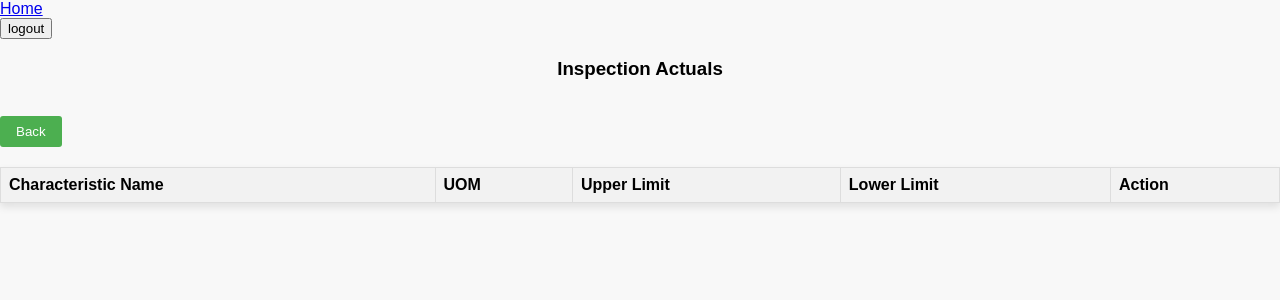
Repository: SJagadesh123/material-inspection01
Page: http://localhost/material_inspection/views/show-actuals.jsp
These files come from the project's save history. The page is drawn as it stood at one moment and after the next save; the edit follows.
The browser window is 1280 px wide. The pictures show the whole page.
The page is served by Tomcat 10. Other server files are loaded and not shown.

Above is the page before, as saved 2024-02-07 16:34:14.
Not found: material inspection/material_inspection/css/header.css

### material inspection/material_inspection/src/main/webapp/views/show-actuals.jsp
<jsp:include page="header.jsp"></jsp:include>
<%@ page language="java" contentType="text/html; charset=ISO-8859-1"
    pageEncoding="ISO-8859-1"%>
<%@ taglib uri="http://java.sun.com/jsp/jstl/core" prefix="c"%>
<%@ page import="java.util.*"%>
<%@ page import="com.zettamine.mi.entities.Plant" %>

<!DOCTYPE html>
<html>
<head>
<meta charset="ISO-8859-1">
<link rel="stylesheet" href="/css/search-list.css"/>
<style type="text/css">
	h3{
		text-align: center;
	}
</style>
<title>Inspection Actuals</title>
</head>
<body>
<h3>Inspection Actuals</h3>
	<br>
    <input type="button" value="Back" onclick="window.location.href='/material-inspection/inspection/process-isp'">
	 <table class="search-results">
    <thead>
      <tr>
        <th>Characteristic Name</th>
        <th>UOM</th>
        <th>Upper Limit</th>
        <th>Lower Limit</th>
        <th>Action</th>
      </tr>
    </thead>
    <tbody>

			<c:forEach var="characteristics" items="${characteristics}">

			<tr>
				<td>${characteristics.getChDesc()}</td>
				<td>${characteristics.getUom()}</td>
				<td>${characteristics.getUpperLimit()}</td>
				<td>${characteristics.getLowerLimit()}</td>
				<td class="action-links">
				<%-- /material-inspection/material/edit/id=${material.getMaterialId()} --%>
				<a  href="">Edit Characteristics</a>
<%--             <a  href="/material-inspection/material/add-char/id=${material.getMaterialId()}">Add Characteristics</a>
 --%>
			</tr>
			</c:forEach>

    </tbody>
  </table>


</body>
</html>

### material inspection/material_inspection/src/main/webapp/views/header.jsp
<%@ page language="java" contentType="text/html; charset=ISO-8859-1"
	pageEncoding="ISO-8859-1"%>


<!DOCTYPE html>
<html lang="en">

<head>
<meta charset="UTF-8">
<meta name="viewport" content="width=device-width, initial-scale=1.0">

<link rel="stylesheet" href="/css/header.css">

</head>

<body>

	<nav>
		<div id="logo">

		</div>
		<div id="home-logout">
			<a href="/material-inspection/home-page">Home</a>

		</div>
		<form action="logout"><input type="submit" value="logout"></form>
	</nav>



</body>

</html>

### material inspection/material_inspection/src/main/webapp/css/search-list.css
@charset "ISO-8859-1";

body {
	font-family: Arial, sans-serif;
	background-color: #f8f8f8;
	margin: 0;
	padding: 0;
}

table.search-results {
	width: 100%;
	border-collapse: collapse;
	margin-top: 20px;
	background-color: #fff;
	box-shadow: 0 4px 8px rgba(0, 0, 0, 0.1);
}

table.search-results th, table.search-results td {
	border: 1px solid #ddd;
	padding: 8px;
	text-align: left;
}

table.search-results th {
	background-color: #f2f2f2;
}

.action-links a {
	margin-right: 10px;
	text-decoration: none;
	padding: 5px 10px;
	border: 1px solid #ccc;
	border-radius: 3px;
	color: #333;
}

.action-links a:hover {
	background-color: green;
}

input[type="button"] {
	padding: 8px 16px;
	background-color: #4caf50;
	color: #fff;
	border: none;
	border-radius: 3px;
	cursor: pointer;
	transition: background-color 0.3s ease-in-out;
}

input[type="button"]:hover {
	background-color: #45a049;
}

.container {
	display: flex;
	justify-content: center;
	align-items: center;
	height: 100%;
	background-color: #f0f0f0;
}

.inspection-table {
	border-collapse: collapse;
	width: 30%;
	margin-top: 30px;

}

.inspection-table th, .inspection-table td {
	padding: 8px;
	text-align: left;
	border-bottom: 1px solid #ddd;
}

.inspection-table th {
	background-color: #f2f2f2;
}

.inspection-table td {
	background-color: #fff;
}

After the next save:
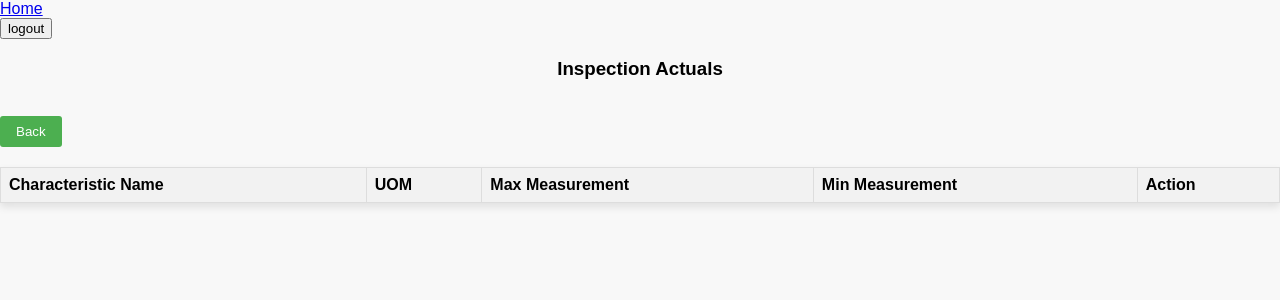
Saved 84 s later.
--- a/material inspection/material_inspection/src/main/webapp/views/show-actuals.jsp
+++ b/material inspection/material_inspection/src/main/webapp/views/show-actuals.jsp
@@ -26,8 +26,8 @@
       <tr>
         <th>Characteristic Name</th>
         <th>UOM</th>
-        <th>Upper Limit</th>
-        <th>Lower Limit</th>
+        <th>Max Measurement</th>
+        <th>Min Measurement</th>
         <th>Action</th>
       </tr>
     </thead>
